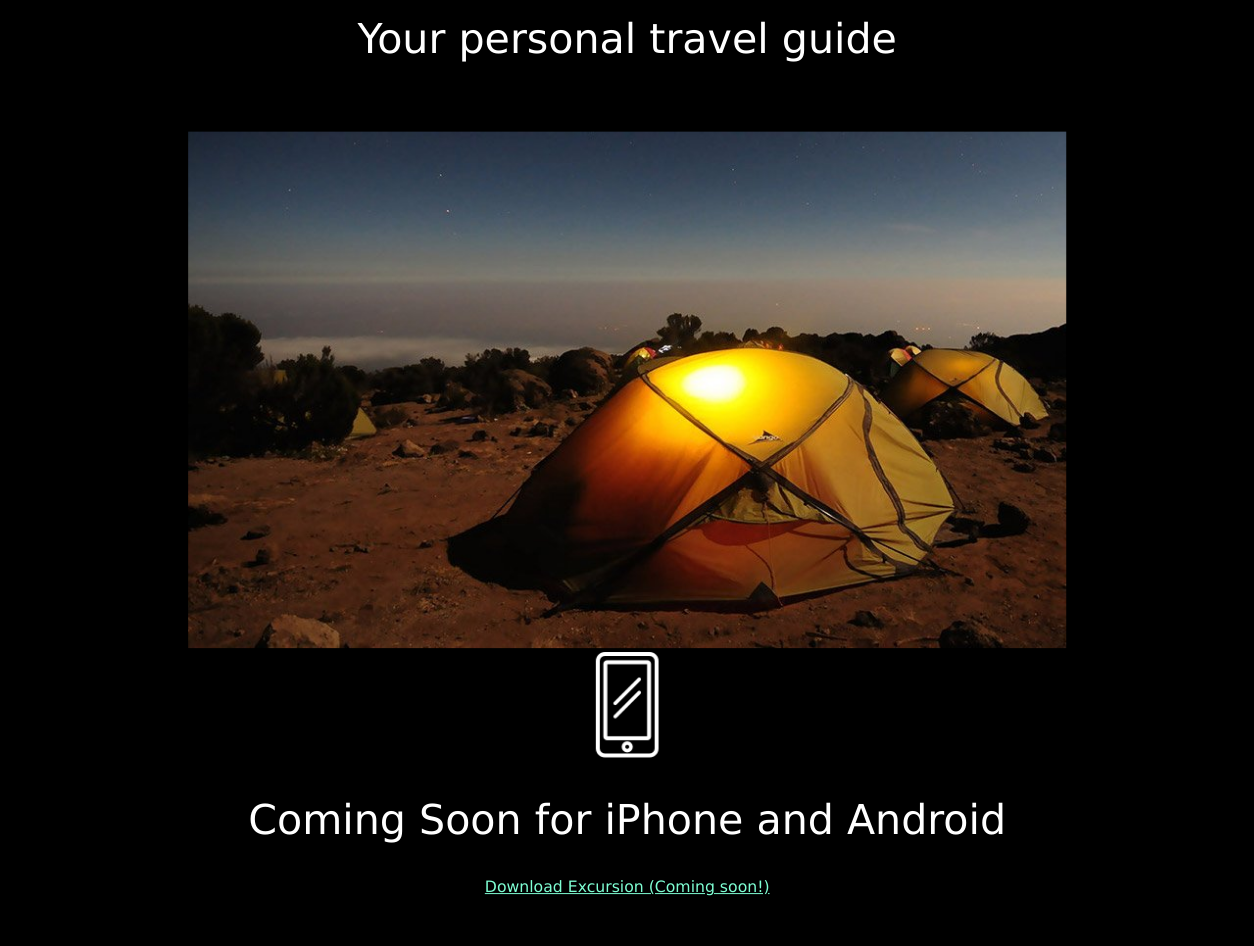
Repository: hymxzx/excursion
Page: index.html
The author's editor kept a copy of each file at every save. The page is drawn from the files as they stood at one save, then again after the next save.
The browser window is 1280 px wide. The pictures show the part of the page from y = 334 to 1299 px (the page is 1299 px tall), at 98% of full size.
A picture or video elsewhere on the page could not be fetched, so the positions and the page height are approximate.

Above is the page before, as saved 2020-12-26 10:20:09.

### index.html
<!DOCTYPE html>
<html>
  <head>
    <title>Excursion</title>
    <link rel="stylesheet" href="./resources/css/style.css" type="text/css" />
  </head>
  <body>
    <header>
      <h1>Discover hidden places in the world around you</h1>
      <p>
        <a class="applink" href="#">Download Excursion (Coming soon!)</a>
      </p>
    </header>
    <div>
      <video autoplay muted loop>
        <source id="video" src="./resources/videos/excursion.mp4" type="video/mp4" />
        Video not supported
      </video>
    </div>
    <div>
      <h2>Your personal travel guide</h2>
      <p>
        Excursion remembers places you like, and recommends new points of
        interest around you.
      </p>
      <img src="./resources/images/camp.jpg" alt="image of a tent camping outdoors" />
      <br>
      <img src="./resources/images/phone.png" alt="icon of iphone" />
      <p>
          <h2>Coming Soon for iPhone and Android</h2>
      </p>
      <p>
        <a class="applink" href="#">Download Excursion (Coming soon!)</a>
      </p>
    </div>
    <footer>
        <p>© Excursion</p>
    </footer>
  </body>
</html>

### resources/css/style.css
body {
  text-align: center;
  font-family: Verdana, sans-serif;
  background-color: black;
}
.applink {
  color: aquamarine;
  font-size: 16px;
}
h1 {
  font-size: 50px;
  font-weight: normal;
}
h2 {
  font-weight: 300;
  font-size: 42px;
}
h1,
h2 {
  color: white;
}

After the next save:
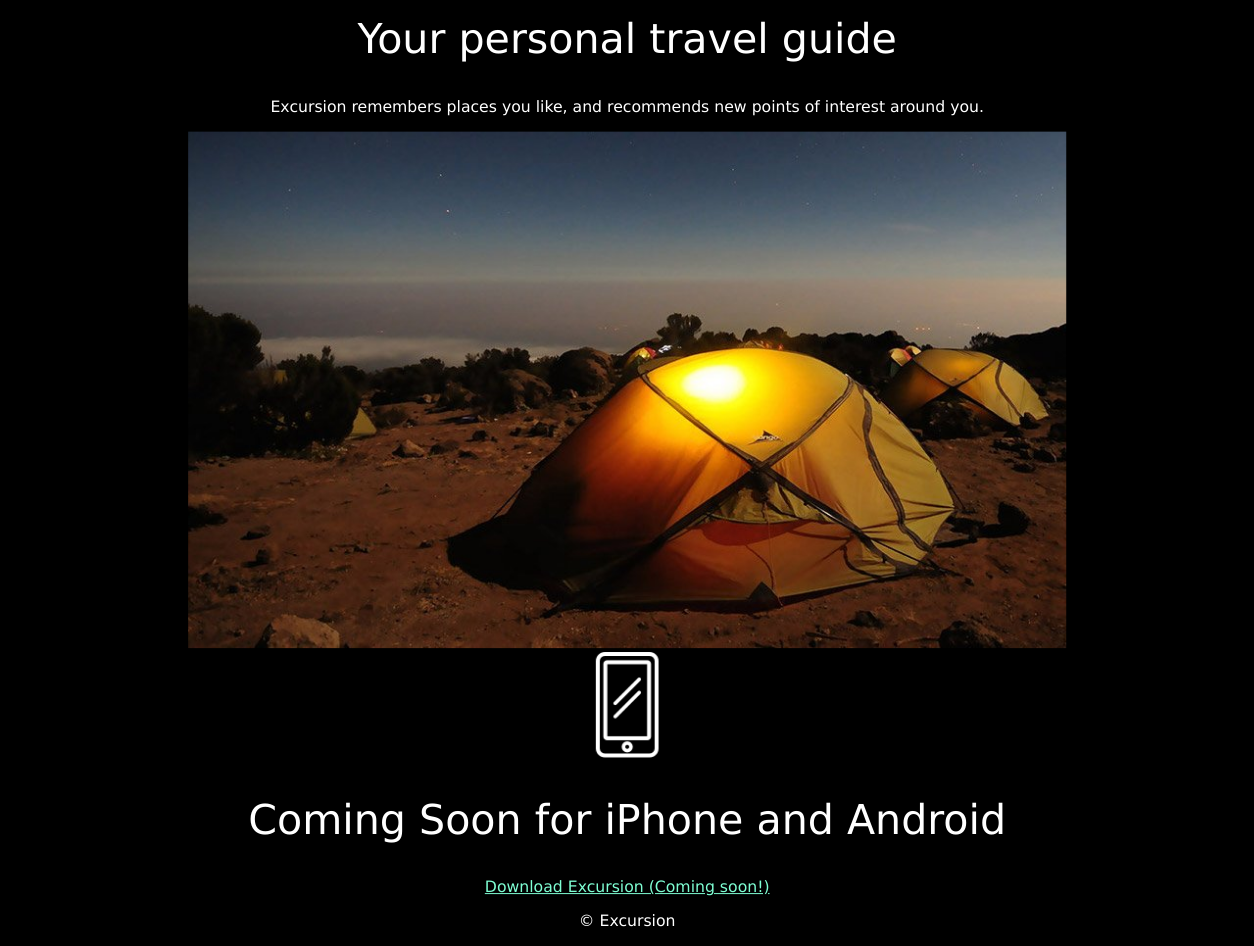
Saved 27 s later.
--- a/resources/css/style.css
+++ b/resources/css/style.css
@@ -2,6 +2,7 @@ body {
   text-align: center;
   font-family: Verdana, sans-serif;
   background-color: black;
+  color: white;
 }
 .applink {
   color: aquamarine;
@@ -15,7 +16,3 @@ h2 {
   font-weight: 300;
   font-size: 42px;
 }
-h1,
-h2 {
-  color: white;
-}
